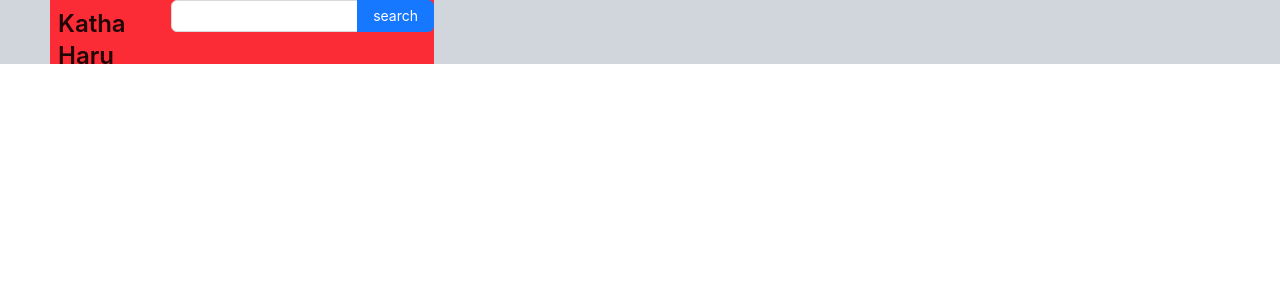
Repository: amich10/Blog_Frontend
Page: /user
The author's editor kept a copy of each file at every save. The page is drawn from the files as they stood at one save, then again after the next save.
The browser window is 1280 px wide. The pictures show the whole page.
The project was rebuilt for these pictures with package versions that can differ from the ones it lists, and the page was loaded fresh each time. Also part of the build but not shown: vite.config.ts, src/pages/category/admin.category.tsx, src/services/user.service.tsx, src/pages/users/admin.user.list.tsx, src/components/input.component.tsx, src/pages/users/admin.adduser.tsx, src/pages/users/admin.user.edit.tsx, src/pages/category/add.category.tsx and 5 more.

Above is the page before, as saved 2025-04-25 12:07:07.

### index.html
<!doctype html>
<html lang="en">
  <head>
    <meta charset="UTF-8" />
    <link rel="icon" type="image/svg+xml" href="/vite.svg" />
    <meta name="viewport" content="width=device-width, initial-scale=1.0" />
    <title>Blog Platform</title>
  </head>
  <body>
    <div id="root"></div>
    <script type="module" src="/src/main.tsx"></script>
  </body>
</html>

### src/main.tsx
import { createRoot } from "react-dom/client";
import React from "react";
import './assets/css/main.css';
import '@ant-design/v5-patch-for-react-19';
import RouterConfig from "./config/router.config";

createRoot(document.getElementById('root')!).render(
  //<React.StrictMode>
    <RouterConfig />
  //</React.StrictMode>

);

### src/config/router.config.tsx
import { RouterProvider } from "react-router";
import { router } from "./routes.config";
import { ToastContainer } from "react-toastify";
import { AuthProvider } from "../context/auth.context";
import { CategoryProvider } from "../context/category context/category.context";

const RouterConfig = () => {
  return (
    <>
      <AuthProvider>
        <CategoryProvider>
        <ToastContainer theme="light" />
        <RouterProvider router={router}></RouterProvider>
        </CategoryProvider>
      </AuthProvider>
    </>
  );
};
export default RouterConfig;

### src/config/routes.config.tsx
import { createBrowserRouter } from "react-router";
import { lazy, Suspense } from "react";
import { Spin } from "antd";
//import ChangePasswordPage from "../pages/change-password after login/change.password";

import CategoryList from "../pages/category/admin.category";
import UserList from "../pages/users/admin.user.list";
import CreateUser from "../pages/users/admin.adduser";
import UserEdit from "../pages/users/admin.user.edit";
import AddCategory from "../pages/category/add.category";
import EditCategory from "../pages/category/edit.category";
import PostList from "../posts/posts.list";
import CreatePost from "../posts/post.create";
import EditPost from "../posts/edit.post";
import UserHomePage from "../pages/user role/home page/user.home.page";
const RegisterPage = lazy(() => import("../pages/auth/register/register.page"))
const HomePage = lazy(() => import("../pages/home/home.page"));
const ForgetPasswordPage = lazy(() => import("../pages/auth/forget-password/forget-password"));
const ActivateAccountPage = lazy(() => import("../pages/auth/activate-account/ativate-account"));
const ResetPasswordPage = lazy(() => import("../pages/auth/forget-password/reset-password"));
const AdminPannelPage = lazy(() => import("../pages/admin/admin.pannel"));

export const router = createBrowserRouter([
    {
      path: "/",
      element: (
        <Suspense fallback={<Spin fullscreen tip="Loading...." size="default" />}>
          <HomePage />
        </Suspense>
      ),
    },
    {
      path: "/register",
      element: <RegisterPage />,
    },
    {
      path: "/forget-password",
      element: <ForgetPasswordPage />,
    },
    {
      path: "activate/:activationToken",
      element: <ActivateAccountPage />,
    },
    {
      path: "verify-token/:forgetToken",
      element: (
        <Suspense fallback={<Spin fullscreen tip="Verifying token...." size="large" />}>
          <ResetPasswordPage />
        </Suspense>
      ),
    },
    {
      path: "admin",
      Component:AdminPannelPage,
      children:[
        {
            index:true
        },
        {
          path:'posts',
          Component:PostList
        },
        {
          path:"posts/create",
          Component:CreatePost
        },
        {
          path:"posts/:id",
          Component:EditPost
        },
        {
            path:'category',
            Component:CategoryList
        },
        {
          path:"category/create",
          Component:AddCategory
        },
        {
          path:"category/:id",
          Component:EditCategory
        },
        {
          path:'users',
          Component:UserList
        },
        {
          path:'users/create',
          Component:CreateUser
        },{
          path:"users/:id",
          Component:UserEdit
        },

      ]
    },
    {
      path:'user',
      Component:UserHomePage,
      children:[{
      }]
    }
  ]);

### src/context/auth.context.tsx
import { createContext, ReactNode, SetStateAction, useContext, useEffect, useState, Dispatch } from "react";
import authSvc from "../services/auth.service";
import notifcation, { getLocalStorage, NotificationType, setLocalStorage } from "../utilities/helpers";
import { webStorageConstants } from "../constants/constants";
import { Spin } from "antd";
import { LoadingOutlined } from '@ant-design/icons';

export interface ICredentials {
  username: string;
  password: string;
}

export interface IChildrenProps {
  children: ReactNode;
}

export interface IUserDetails {
  name: string;
  username: string;
  email: string;
  phone: string;
  address: string;
  role: string;
  status: string;
  _id: string;
  image: {
    url: string;
    optimizedUrl: string;
  };
  createdAt: Date;
  bio: string;
}

export interface IAuthContext {
    login: (credentials: ICredentials) => Promise<void>;
    forgetPassword: (data: { email: string }) => Promise<void>;
    userDetails: IUserDetails;
    setUserDetails: Dispatch<SetStateAction<IUserDetails | undefined>>;
  }

  export const AuthContext = createContext<IAuthContext>({
    login: async (_credentials: ICredentials): Promise<void> => {},
    forgetPassword: async (_data: { email: string }): Promise<void> => {},
    userDetails: {} as IUserDetails,
    setUserDetails: () => {},
  });

export const AuthProvider = ({ children }: IChildrenProps) => {
  const [userDetails, setUserDetails] = useState<IUserDetails>();
  const [loading,setLoading] = useState<boolean>(false)

  const getLoggedInUser = async () => {
    try {
      const userInfo = await authSvc.getRequest("auth/me");
      setUserDetails(userInfo.result.data);
      return userInfo.result.data;
    } catch (exception) {
      throw exception
    }
  };

  const LoginFunc = async (credentials: ICredentials) => {
    setLoading(true)
    try {
      const response = await authSvc.postRequest("/auth/login", credentials);
      notifcation(response.result.message, NotificationType.SUCCESS);
      setLocalStorage(webStorageConstants.ACCESS, response.result.data.accessToken);
      setLocalStorage(webStorageConstants.REFRESH, response.result.data.refreshToken);
      return await getLoggedInUser();
    } catch (exception: any) {
      notifcation(exception.response.message, NotificationType.ERROR);
    } finally{
    setLoading(false)
    }
  };

  const forgetPasswordFunc = async (data: { email: string }) => {
    try {
      const response = await authSvc.postRequest("auth/forget-password", data);
      notifcation(response.result.message, NotificationType.SUCCESS);
    } catch (exception: any) {
      const errorMsg = exception.response.message || "Unexpected error occurred. Please try again after some time.";
      notifcation(errorMsg, NotificationType.ERROR);
    }
  };

  //rehydrating state
  useEffect(() => {
    let token = getLocalStorage(webStorageConstants.ACCESS);
    if (token) {
      getLoggedInUser();
    }else{
        setLoading(false)
    }
  }, []);

  return (
    <AuthContext.Provider
      value={{
        login: LoginFunc,
        forgetPassword: forgetPasswordFunc,
        userDetails: userDetails as IUserDetails,
        setUserDetails: setUserDetails,
      }}
    >
      {loading ?  <Spin fullscreen tip="Loading ... " indicator={<LoadingOutlined/>}/> :children}
    </AuthContext.Provider>
  );
};


export const useAuth = () => {
  const { login, forgetPassword, userDetails, setUserDetails } = useContext(AuthContext);
  return {
    login,
    forgetPassword,
    userDetails,
    setUserDetails,
  };
};

### src/context/category context/category.context.tsx
import React, { createContext, useContext, useEffect, useState } from "react";
import { TablePaginationConfig } from "antd";
import { IResponseType } from "../../services/http.service";
import categorySvc from "../../services/category.service";
import notifcation, { NotificationType } from "../../utilities/helpers";
import { useAuth } from "../auth.context";

export interface IResult {
  image: {
    url: string;
    optimizedUrl: string;
  };
  _id: string;
  title: string;
  slug: string;
  parentId: string | null;
  status: string;
  createdBy: any;
  updatedBy: any;
  createdAt: string;
  updatedAt: string;
  __v: number;
}

export interface IQueryProps {
  page?: number;
  limit?: number;
  search?: string | null;
}

interface ICategoryContext {
  data: IResult[];
  loading: boolean;
  pagination: TablePaginationConfig;
  search: string;
  getAllCategory: (params?: IQueryProps) => void;
  setSearch: React.Dispatch<React.SetStateAction<string>>;
  setPagination: React.Dispatch<React.SetStateAction<TablePaginationConfig>>;
}

const CategoryContext = createContext<ICategoryContext | undefined>(undefined);

export const CategoryProvider: React.FC<{ children: React.ReactNode }> = ({ children }) => {
  const [data, setData] = useState<IResult[]>([]);
  const [loading, setLoading] = useState<boolean>(true);
  const [search, setSearch] = useState<string>("");
  const [pagination, setPagination] = useState<TablePaginationConfig>({
    total: 0,
    pageSize: 8,
    current: 1,
  });

  const { userDetails } = useAuth();

  const getAllCategory = async ({
    page = pagination.current,
    limit = pagination.pageSize,
    search = "",
  }: IQueryProps = {}) => {
    try {
      setLoading(true);
      const response: IResponseType = await categorySvc.getRequest("/category/all", {
        params: { page, limit, search },
      });
      setData(response.result.data);
      setPagination((prev) => ({
        ...prev,
        total: response.result.options.total,
        current: page,
        pageSize: limit,
      }));
    } catch (error) {
      notifcation("Could not fetch categories. Try again later.", NotificationType.ERROR);
    } finally {
      setLoading(false);
    }
  };

  useEffect(() => {
    if (userDetails) {
      getAllCategory();
    }
  }, [userDetails]);

  // Debounced search - only after user is authenticated
  useEffect(() => {
    if (userDetails) {
      const timer = setTimeout(() => {
        getAllCategory({ search });
      }, 500);
      return () => clearTimeout(timer);
    }
  }, [search, userDetails]);

  return (
    <CategoryContext.Provider
      value={{
        data,
        loading,
        pagination,
        search,
        getAllCategory,
        setSearch,
        setPagination,
      }}
    >
      {children}
    </CategoryContext.Provider>
  );
};

export const useCategory = (): ICategoryContext => {
  const context = useContext(CategoryContext);
  if (!context) throw new Error("useCategory must be used within a CategoryProvider");
  return context;
};

### src/pages/user role/home page/user.home.page.tsx
import { Layout } from "antd"
import { useState } from "react"
import AdminSideBar from "../../admin/admin.sidebar"
import UserHeader from "./user.header"

const{Header,Sider,Content} = Layout


const UserHomePage = () => {
    const [collapsed,setCollapsed] = useState<boolean>(false)
  return (
    <Layout>
        <Layout>
            <UserHeader/>
            <Content></Content>
        </Layout>
    </Layout>
  )
}

export default UserHomePage

### src/services/auth.service.tsx
import HttpService from "./http.service";

class AuthService extends HttpService {

}
const authSvc = new AuthService()
export default authSvc;

### src/utilities/helpers.tsx
import { toast } from "react-toastify"
export enum NotificationType {
    SUCCESS = "success",
    ERROR = "error",
    WARNING = "warning",
    INFO = "info"
}
const notifcation = (msg: string, type: NotificationType) => {
    if (type === NotificationType.SUCCESS) {
        toast.success(msg)
    } else if (type === NotificationType.ERROR) {
        toast.error(msg)
    } else if (type === NotificationType.WARNING) {
        toast.warning(msg)
    } else if (type === NotificationType.INFO) {
        toast.info(msg)
    } else {
        toast(msg)
    }
}
export default notifcation;



//webStorage:LocalStorage
//set localStorage
export const setLocalStorage = (name: string, value: string) => {
    localStorage.setItem(name, value)
}
//get localStorage
export const getLocalStorage = (name: string) => {
    return localStorage.getItem(name)
}
//remove localStorage
export const removeLocalStorage = (name: string) => {
    return localStorage.removeItem(name)
}
//remove all data from LocalStorage
export const cleanLocalStorage = () => {
    return localStorage.clear()
}

### src/constants/constants.tsx
export const webStorageConstants = {
        ACCESS:"access",
        REFRESH:"refresh"
}

### src/services/category.service.tsx
import HttpService from "./http.service";

class CategoryService extends HttpService {

}

const categorySVc = new CategoryService()
export default categorySVc;

### src/pages/user role/home page/user.header.tsx

import { Input, Layout, Typography } from 'antd';



const UserHeader = () => {

  return (
    <>
    <Layout.Header className=' flex bg-gray-300! '>
        <div className='flex w-96 gap-4 justify-between bg-red-500'>
        <Typography.Title  level={3} className='p-2 font-serif'>Katha Haru</Typography.Title>
        <Input.Search enterButton="search"/>
        </div>

    </Layout.Header>
    </>
  )
}
export default UserHeader;

### src/services/http.service.ts
import axiosInstance from "../config/axios.config";

export interface IResult {
    data?: Array<Record<string, any>> | Record<string, any> | null | any, //Record<string, any> for an object with string keys and any values.
    message: string,
    error?: any,
    options: any,
    status: string,
}

export interface IResponseType {
    result: IResult
    status: number
}

abstract class HttpService {
    #headers: Record<string, string> = {} //object
    #params: Record<string, string> = {}
    #config: any = {} //final axios config

    #setConfig(config: any) {
        this.#headers = {
            ...this.#headers,
            "Content-Type": "application/json"
        };

        if (config.file || config.files) {
            this.#headers["Content-Type"] = "multipart/form-data";
        }


        if (config.params) {
            this.#params = config.params;
        }

        this.#config = {
            headers: this.#headers,
            params: this.#params
        };
    }

    getRequest = async (url: string, config: any = {}): Promise<IResponseType> => {
        try {
            this.#setConfig(config);
            let { data: responseData, status } = await axiosInstance.get(url, this.#config);
            return {
                result: responseData,
                status: status
            };
        } catch (exception: any) {
            throw {
                response: exception?.response?.data,
                status: exception?.response?.status
            };
        }
    };

    postRequest = async (url: string, data: any, config: any = {}): Promise<IResponseType> => {
        try {
            this.#setConfig(config);
            let { data: responseData, status } = await axiosInstance.post(url, data, this.#config);
            return {
                result: responseData,
                status: status
            };
        } catch (exception: any) {
            throw {
                response: exception?.response?.data,
                status: exception?.response?.status
            };
        }
    };

    patchRequest = async (url: string, data: any, config: any = {}): Promise<IResponseType> => {
        try {
            this.#setConfig(config); //sets headers and params
            let { data: responseData, status } = await axiosInstance.patch(url, data, this.#config);
            return {
                result: responseData,
                status: status
            };
        } catch (exception: any) {
            throw {
                response: exception?.response?.data,
                status: exception?.response?.status
            };
        }
    };

    deleteRequest = async (url: string, config: any = {}): Promise<IResponseType> => {
        try {
            this.#setConfig(config);
            let { data: responseData, status } = await axiosInstance.delete(url, this.#config);
            return {
                result: responseData,
                status: status
            };
        } catch (exception: any) {
            throw {
                response: exception?.response?.data,
                status: exception?.response?.status
            };
        }
    };
}

export default HttpService;

### src/config/axios.config.tsx
import axios from "axios"
import { getLocalStorage } from "../utilities/helpers";
import { webStorageConstants } from "../constants/constants";


const axiosInstance = axios.create({
    baseURL:import.meta.env.VITE_API_URL,
    timeout: 30000, //in millisec = 30 sec
    timeoutErrorMessage:"Request time out",
    responseEncoding:"utf-8",
    responseType:"json",
})


axiosInstance.interceptors.request.use((config) =>{
    let token = getLocalStorage(webStorageConstants.ACCESS)
    if(token){
        config.headers.Authorization = `Bearer ${token}`
    }
    return config;
})


export default axiosInstance;

Loaded but not shown: src/assets/css/main.css (common file)

After the next save:
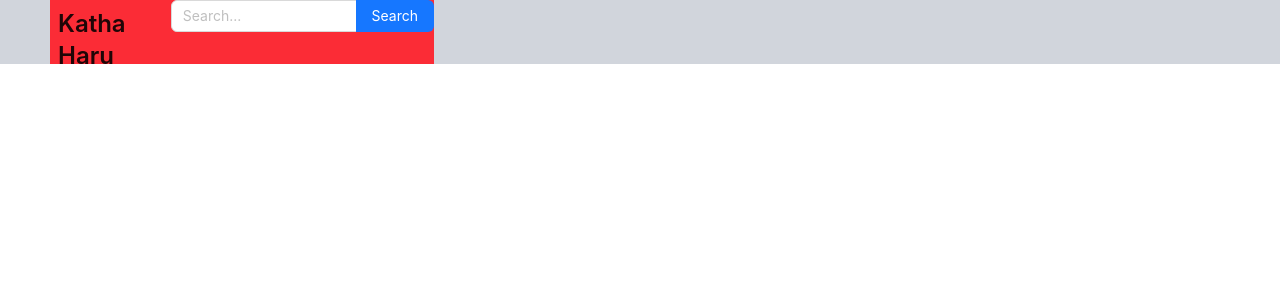
Saved 21 s later.
--- a/src/pages/user role/home page/user.header.tsx
+++ b/src/pages/user role/home page/user.header.tsx
@@ -9,8 +9,8 @@
     <>
     <Layout.Header className=' flex bg-gray-300! '>
         <div className='flex w-96 gap-4 justify-between bg-red-500'>
-        <Typography.Title  level={3} className='p-2 font-serif'>Katha Haru</Typography.Title>
-        <Input.Search enterButton="search"/>
+          <Typography.Title level={3} className='p-2 font-serif'>Katha Haru</Typography.Title>
+          <Input.Search placeholder="Search..." enterButton="Search" />
         </div>
 
     </Layout.Header>
